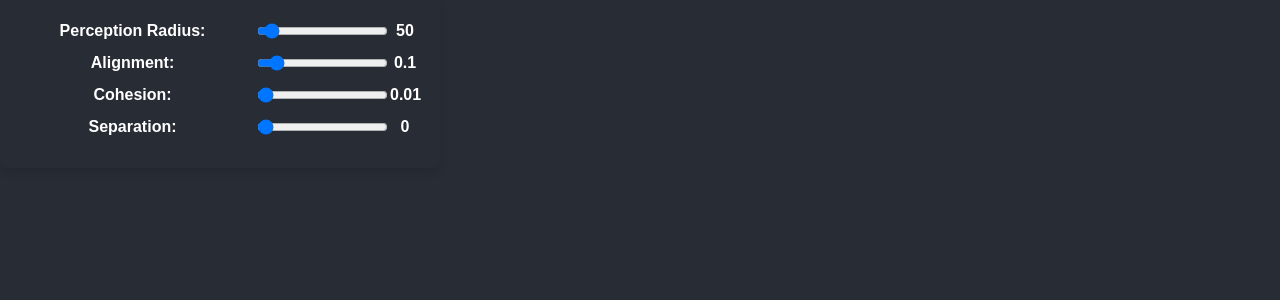
Repository: eltonsampaio12/boids
Page: index.html
An editor plug-in stored every save of this project. The page is shown before and after the next save, followed by the edit.
The browser window is 1280 px wide. The pictures show the whole page.

Above is the page before, as saved 2024-02-01 00:15:06.
Not found: main.ts

After the next save:
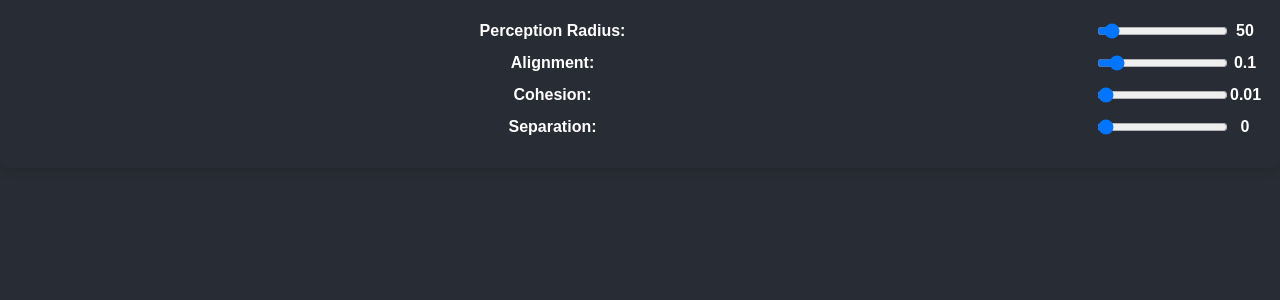
Saved 15 s later.
--- a/index.html
+++ b/index.html
@@ -12,7 +12,6 @@
       }
 
       .container {
-        width: 400px;
         padding: 20px;
         border-radius: 8px;
         box-shadow: 0 4px 8px rgba(0, 0, 0, 0.1);

After the save that followed:
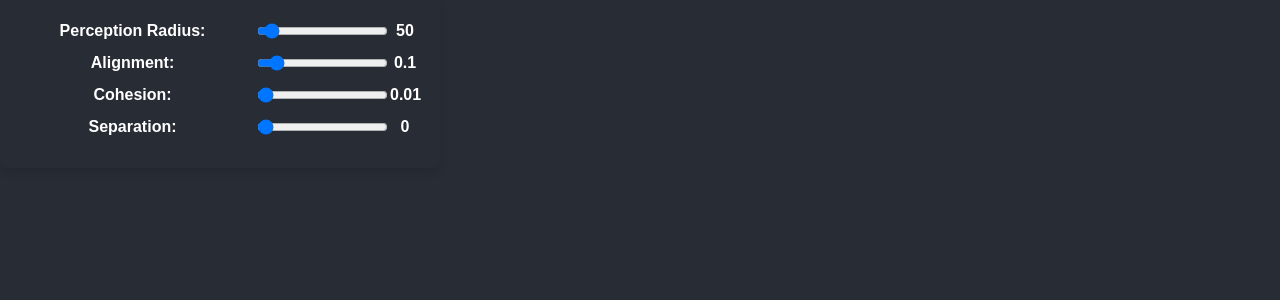
Saved 9 s later.
--- a/index.html
+++ b/index.html
@@ -12,6 +12,7 @@
       }
 
       .container {
+        width: 400px;
         padding: 20px;
         border-radius: 8px;
         box-shadow: 0 4px 8px rgba(0, 0, 0, 0.1);
